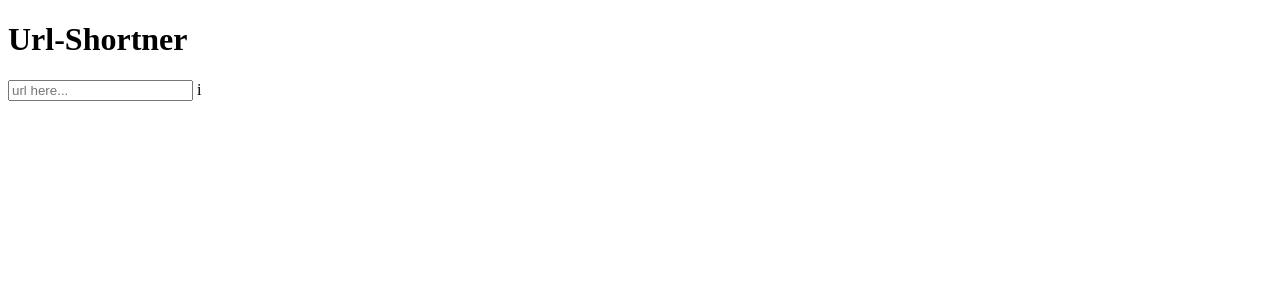
Repository: nandhuselvam/Task
Page: http://localhost/
An editor plug-in stored every save of this project. The page is shown before and after the next save, followed by the edit.
The browser window is 1280 px wide. The pictures show the whole page.
The page is served by the project's Node server (app.js).

Above is the page before, as saved 2024-03-05 14:09:30.

After the next save:
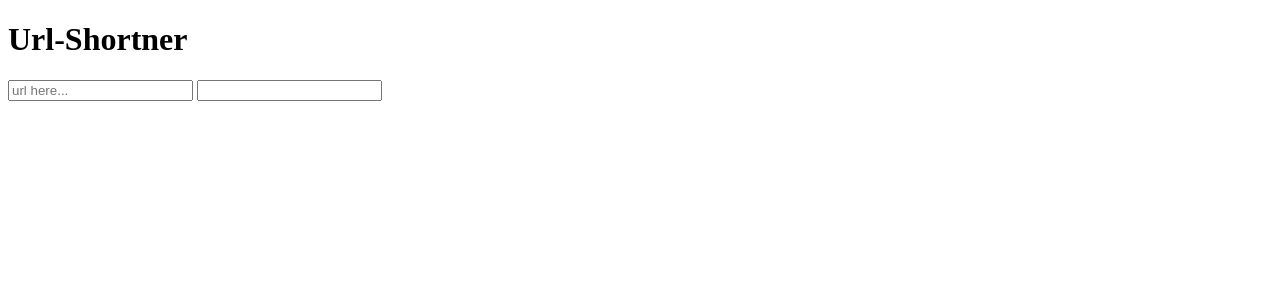
Saved 11 s later.
--- a/views/index.ejs
+++ b/views/index.ejs
@@ -9,7 +9,7 @@
 	<h1>Url-Shortner</h1>
 	<form action="/" method="post">
 		<input type="url" name="url" id="url" placeholder="url here...">
-		i
+		<input type="text">
 	</form>
 </body>
 </html>
